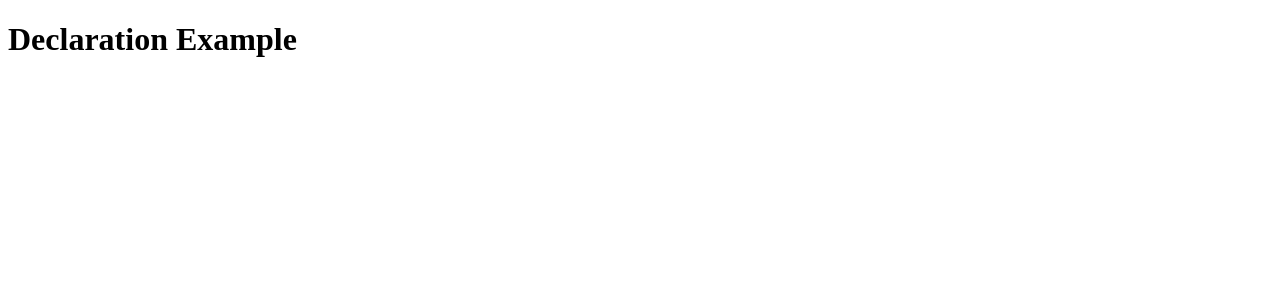
Repository: wpans2619/JSP
Page: http://localhost/JSP02_Declaration/JSP02_Declaration.jsp
An editor plug-in stored every save of this project. The page is shown before and after the next save, followed by the edit.
The browser window is 1280 px wide. The pictures show the whole page.
The page is served by Tomcat 9.

Above is the page before, as saved 2021-10-29 00:40:41.

After the next save:
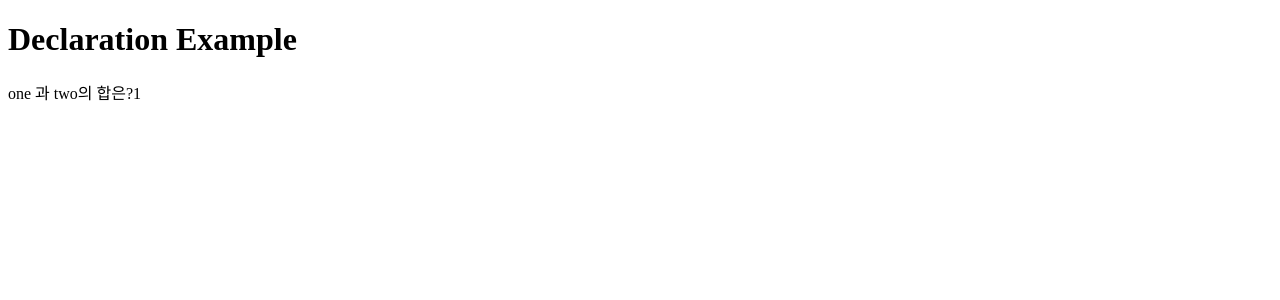
Saved 79 s later.
--- a/JSP02_Declaration/src/main/webapp/JSP02_Declaration.jsp
+++ b/JSP02_Declaration/src/main/webapp/JSP02_Declaration.jsp
@@ -17,5 +17,6 @@
 	String msg;
 	int three;
 %>
+one 과 two의 합은?<%= plusMethod() %>
 </body>
 </html>
